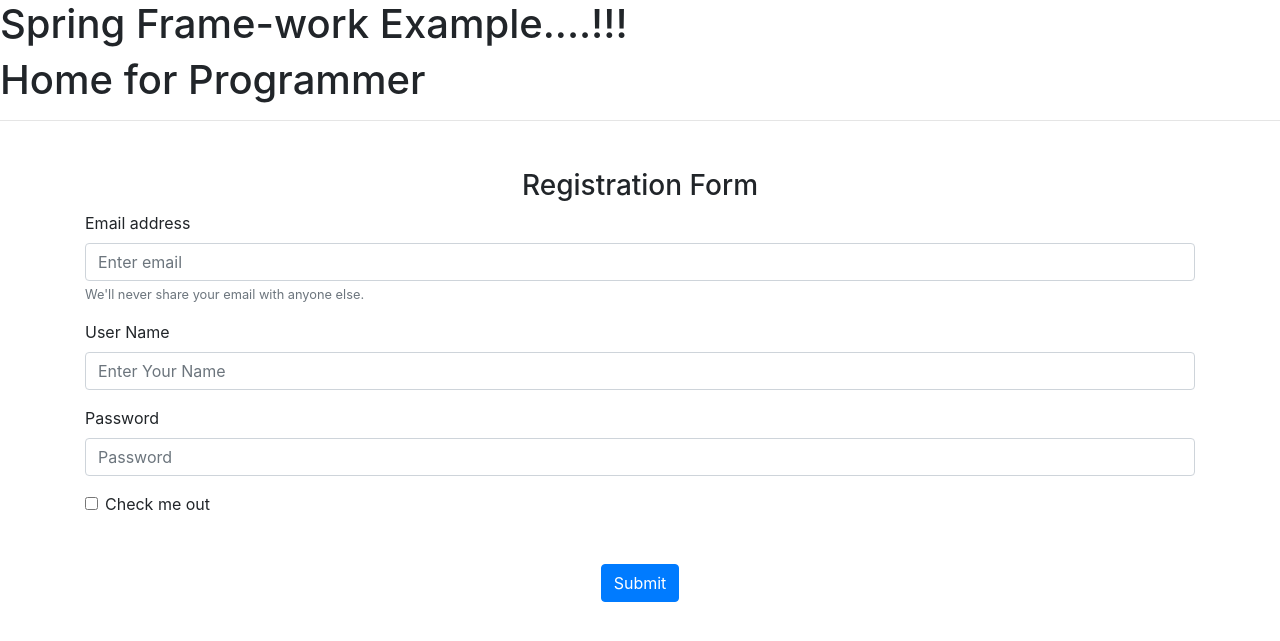
Repository: wanderwisecoder/spring_framework_learnings
Page: http://localhost/SpringMVC/contact
The author's editor kept a copy of each file at every save. The page is drawn from the files as they stood at one save, then again after a run of saves.
The browser window is 1280 px wide. The pictures show the whole page.
Some web libraries are served in a nearby version. The page is served by Tomcat 9. Other server files are loaded and not shown.

Above is the page before, as saved 2023-12-20 14:05:56.

### SpringMVC/src/main/webapp/WEB-INF/spring-servlet.xml
<?xml version="1.0" encoding="UTF-8"?>
<beans xmlns="http://www.springframework.org/schema/beans"
	xmlns:xsi="http://www.w3.org/2001/XMLSchema-instance"
	xmlns:context="http://www.springframework.org/schema/context"
	xmlns:p="http://www.springframework.org/schema/p"
	xsi:schemaLocation="http://www.springframework.org/schema/beans
  https://www.springframework.org/schema/beans/spring-beans.xsd
  http://www.springframework.org/schema/context
  http://www.springframework.org/schema/context/spring-context.xsd">

<context:component-scan base-package="springmvc.controller"/>

	<bean
		class="org.springframework.web.servlet.view.InternalResourceViewResolver"
		name="viewResolver">

		<property name="prefix" value="/WEB-INF/views/"></property>

		<property name="suffix" value=".jsp"></property>
	</bean>


	<!-- more bean definitions go here -->
</beans>

### SpringMVC/src/main/webapp/WEB-INF/views/contact.jsp
<!doctype html>
<%@page isELIgnored="false"%>
<html lang="en">
<head>
<!-- Required meta tags -->
<meta charset="utf-8">
<meta name="viewport"
	content="width=device-width, initial-scale=1, shrink-to-fit=no">

<!-- Bootstrap CSS -->
<link rel="stylesheet"
	href="https://cdn.jsdelivr.net/npm/bootstrap@4.0.0/dist/css/bootstrap.min.css"
	integrity="sha384-Gn5384xqQ1aoWXA+058RXPxPg6fy4IWvTNh0E263XmFcJlSAwiGgFAW/dAiS6JXm"
	crossorigin="anonymous">

<title>Hello, world!</title>
</head>
<body>

<h1>${Header }</h1>
<h1>${Desc }</h1>
<hr>
	<div class="container  mt-5">

		<h3 class="text-center">Registration Form</h3>
		<form action="processform2" method="post">
			<div class="form-group">
				<label for="exampleInputEmail1">Email address</label> <input
					name="email" type="email" class="form-control"
					id="exampleInputEmail1" aria-describedby="emailHelp"
					placeholder="Enter email"> <small id="emailHelp"
					class="form-text text-muted">We'll never share your email
					with anyone else.</small>
			</div>
			<div class="form-group">
				<label for="userName">User Name</label> <input name="name" type="text"
					class="form-control" id="userName" aria-describedby="emailHelp"
					placeholder="Enter Your Name">
			</div>
			<div class="form-group">
				<label for="exampleInputPassword1">Password</label> <input name="password"
					type="password" class="form-control" id="exampleInputPassword1"
					placeholder="Password">
			</div>
			<div class="form-check">
				<input type="checkbox" class="form-check-input" id="exampleCheck1">
				<label class="form-check-label" for="exampleCheck1">Check me
					out</label>
			</div>
			<div class="container mt-5 text-center">
				<button type="submit" class="btn btn-primary">Submit</button>
			</div>
		</form>
	</div>

	<!-- Optional JavaScript -->
	<!-- jQuery first, then Popper.js, then Bootstrap JS -->
	<script src="https://code.jquery.com/jquery-3.2.1.slim.min.js"
		integrity="sha384-KJ3o2DKtIkvYIK3UENzmM7KCkRr/rE9/Qpg6aAZGJwFDMVNA/GpGFF93hXpG5KkN"
		crossorigin="anonymous"></script>
	<script
		src="https://cdn.jsdelivr.net/npm/popper.js@1.12.9/dist/umd/popper.min.js"
		integrity="sha384-ApNbgh9B+Y1QKtv3Rn7W3mgPxhU9K/ScQsAP7hUibX39j7fakFPskvXusvfa0b4Q"
		crossorigin="anonymous"></script>
	<script
		src="https://cdn.jsdelivr.net/npm/bootstrap@4.0.0/dist/js/bootstrap.min.js"
		integrity="sha384-JZR6Spejh4U02d8jOt6vLEHfe/JQGiRRSQQxSfFWpi1MquVdAyjUar5+76PVCmYl"
		crossorigin="anonymous"></script>
</body>
</html>

### SpringMVC/src/main/java/springmvc/controller/ContactController.java
package springmvc.controller;

import javax.servlet.http.HttpServletRequest;

import org.springframework.stereotype.Controller;
import org.springframework.ui.Model;
import org.springframework.web.bind.annotation.ModelAttribute;
import org.springframework.web.bind.annotation.RequestMapping;
import org.springframework.web.bind.annotation.RequestMethod;
import org.springframework.web.bind.annotation.RequestParam;

import springmvc.model.User;

@Controller
public class ContactController {

	@ModelAttribute
	public void commonDataForModel(Model m)
	{
		m.addAttribute("Header","Spring Frame-work Example....!!!");
		m.addAttribute("Desc","Home for Programmer");
	}

	@RequestMapping("/contact")
	public String showForm( Model m) {

		return "contact";
	}

//This Controller method is traditional servlet method using HttpServletRequest Interface
	@RequestMapping(path = "/processform", method = RequestMethod.POST)
	public String handleForm(HttpServletRequest request, Model m) {
		String email = request.getParameter("email");

		String name = request.getParameter("name");
		String password = request.getParameter("password");
		System.out.println(email + name + password);
		return "contact";
	}

	// This Controller method is used using @RequestParam Annotation in Spring
	// Frameworks
	@RequestMapping(path = "/processform1", method = RequestMethod.POST)
	public String handleForm1(@RequestParam("email") String userEmail, @RequestParam("name") String userName,
			@RequestParam("userPassword") String password, Model m) {

		User user = new User(userName, userEmail, password);

		System.out.println(user);
		System.out.println(userEmail + userName + password);

		// process

//		model.addAttribute("name", userName);
//		model.addAttribute("email", userEmail);
//		model.addAttribute("password", userPassword);
		m.addAttribute("user", user);
		return "success";
	}

	// This Controller method is used using @RequestParam Annotation & Model Class &
	// its attribute method in Spring
	// Frameworks
	@RequestMapping(path = "/processform2", method = RequestMethod.POST)
	public String handleForm1(@ModelAttribute User user, Model m) {


	//	m.addAttribute("Header","Spring Framework Example");
	//	m.addAttribute("Desc","Home for Programmer");
		System.out.println(user);
		return "success";
	}

}

### SpringMVC/src/main/java/springmvc/controller/HomeController.java
package springmvc.controller;

import java.time.LocalDateTime;
import java.util.ArrayList;
import java.util.List;

import org.springframework.stereotype.Controller;
import org.springframework.ui.Model;
import org.springframework.web.bind.annotation.RequestMapping;
import org.springframework.web.servlet.ModelAndView;

@Controller
public class HomeController {

	@RequestMapping("/home")
	public String home(Model model) {
		model.addAttribute("age", 54);
		System.out.println("This is home controller/url.!");
		model.addAttribute("name", "Roshan");

		model.addAttribute("id", 1234);
		return "index";
	}

	@RequestMapping("/about")
	public String about() {
		System.out.println("This is about controller/url.!");
		return "about";
	}


	//services
	//help
	@RequestMapping("/help")
	public ModelAndView help() {
		System.out.println("This is help controller/url.!");

		//creating ModelAndView object
		ModelAndView modelAndView =  new ModelAndView();

		//setting the data
		modelAndView.addObject("name","Uttam");
		modelAndView.addObject("rollNumber",11222);

		LocalDateTime now = LocalDateTime.now();
		modelAndView.addObject("time", now);

		//List Object
		List<Integer> list = new ArrayList<Integer>();
		list.add(34);
		list.add(87);
		list.add(92);
		list.add(67);
		list.add(45);

		modelAndView.addObject("marks",list);

		//setting the view name
		modelAndView.setViewName("help");


		return modelAndView;
	}

}

### SpringMVC/src/main/java/springmvc/model/User.java
package springmvc.model;

public class User {
private String name;
private String email;
private String password;
public User(String name, String email, String password) {
	super();
	this.name = name;
	this.email = email;
	this.password = password;
}
public String getName() {
	return name;
}
public void setName(String name) {
	this.name = name;
}
public String getEmail() {
	return email;
}
public void setEmail(String email) {
	this.email = email;
}
public String getPassword() {
	return password;
}
public void setPassword(String password) {
	this.password = password;
}

@Override
public String toString() {
	return "User [name=" + name + ", email=" + email + ", password=" + password + "]";
}
}

After the next 2 saves:
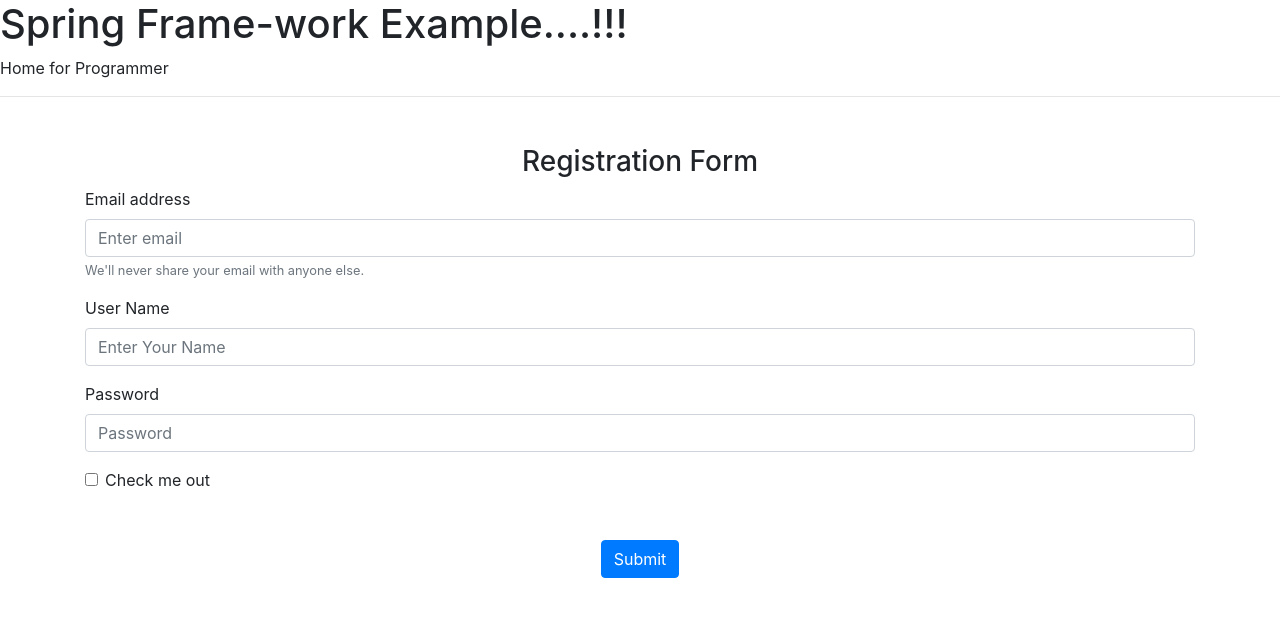
The 2 saves are shown as one change because they came seconds apart.
The last was saved 91 s later.
--- a/SpringMVC/src/main/webapp/WEB-INF/views/contact.jsp
+++ b/SpringMVC/src/main/webapp/WEB-INF/views/contact.jsp
@@ -18,7 +18,7 @@
 <body>
 
 <h1>${Header }</h1>
-<h1>${Desc }</h1>
+<p>${Desc }</p>
 <hr>
 	<div class="container  mt-5">
 
